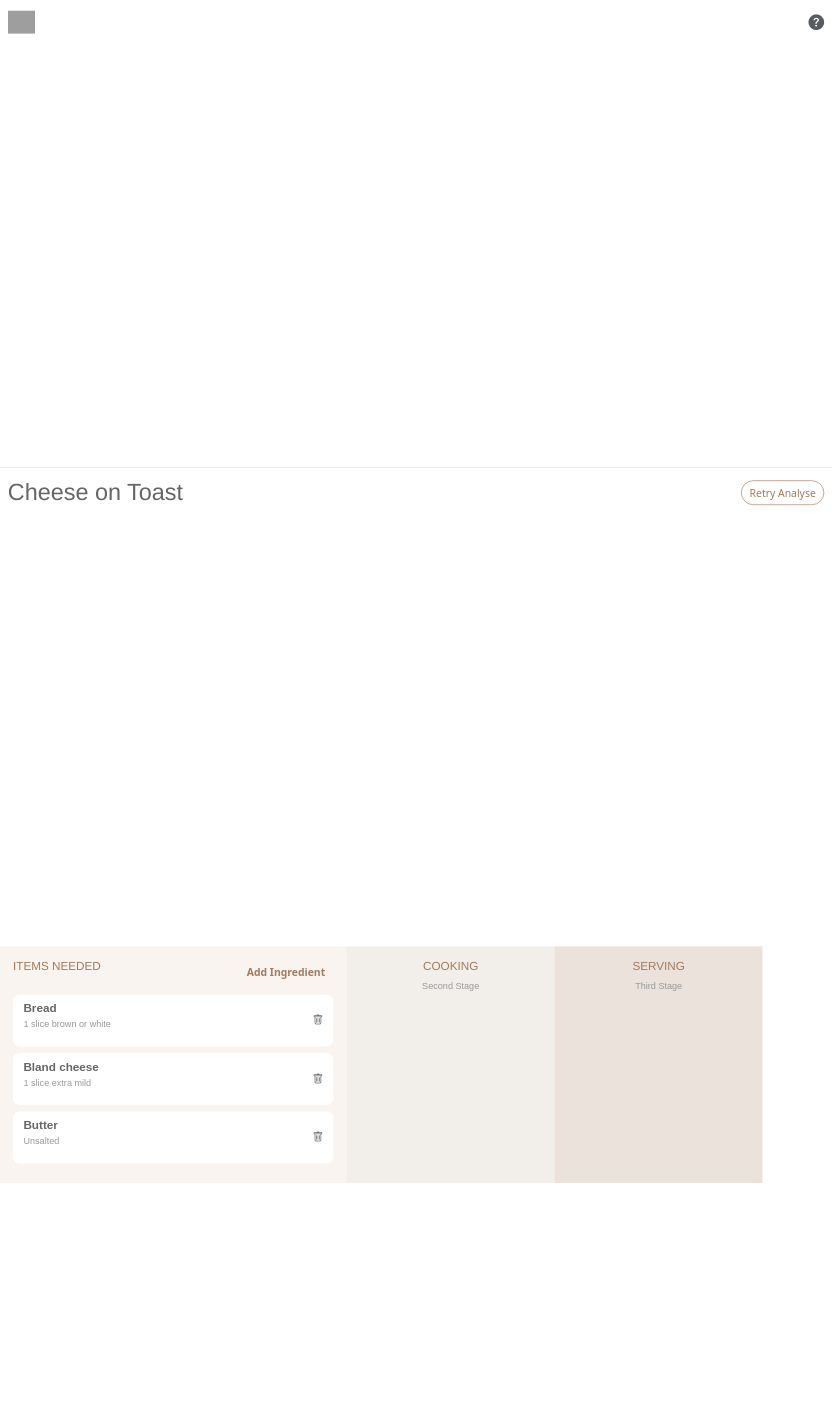
Repository: devashrisamani/SMC
Page: index.html
These files come from the project's save history. The page is drawn as it stood at one moment and after a run of saves; the edit follows.
The browser window is 1280 px wide. The pictures show the whole page, at 65% of full size.
Pictures or frames that could not be fetched are drawn as grey boxes.

Above is the page before, as saved 2024-10-09 15:33:12.

After the next 2 saves:
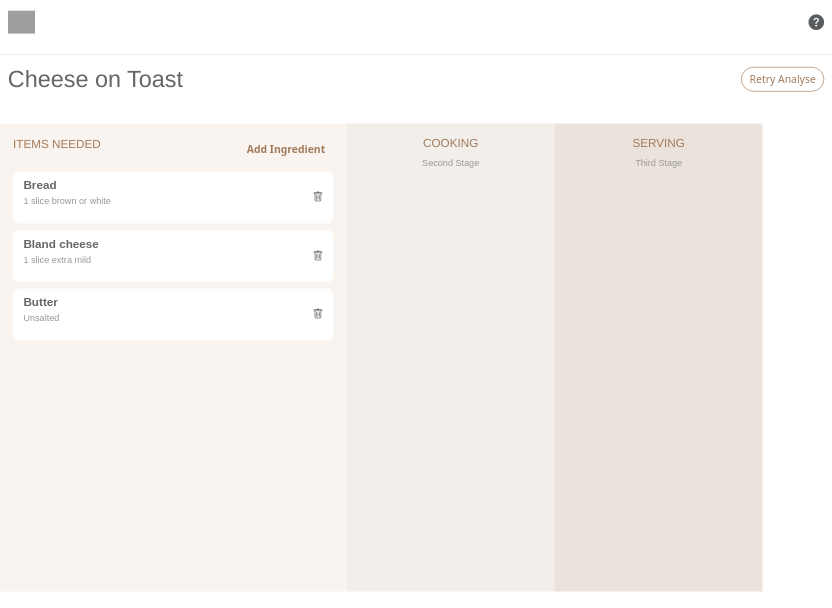
The 2 saves are shown as one change because they came seconds apart.
The last was saved 15 s later.
--- a/styles.css
+++ b/styles.css
@@ -38,10 +38,9 @@
   padding: 20px;
   /* height: 100%; */
   margin-bottom: 10px;
-}
-.container-fluid {
   min-height: 100vh;
 }
+
 .items-needed {
   background-color: #f9f4ef;
 }
